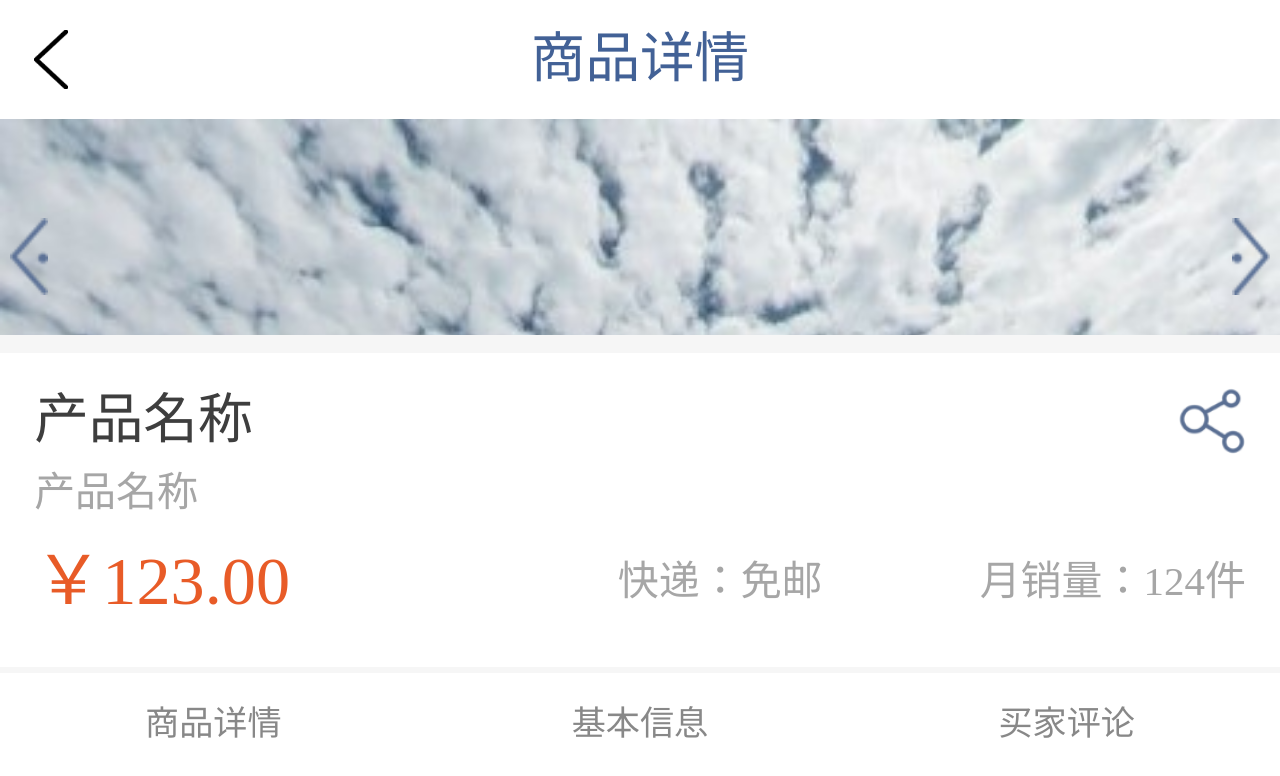
Repository: 421538074/sell
Page: consumer/goods-detail.html
An editor plug-in stored every save of this project. The page is shown before and after the next save, followed by the edit.
The browser window is 1280 px wide. The pictures show the whole page.

Above is the page before, as saved 2019-05-30 11:11:48.

### consumer/goods-detail.html
<!DOCTYPE html>
<html lang="en">

<head>
    <meta charset="UTF-8">
    <meta name="viewport" content="width=device-width, initial-scale=1.0">
    <meta http-equiv="X-UA-Compatible" content="ie=edge">
    <title>商品详情</title>
    <link rel="stylesheet" href="../css/base.css">
    <link rel="stylesheet" href="css/common.css">
    <link rel="stylesheet" href="../css/swiper.min.css">
    <link rel="stylesheet" href="css/goods-detail.css">
</head>

<body>
    <div id="app" class="content">
        <nav class="nav-bar-wrapper">
            <img src="../img/back.png" class="back-icon">
            <p class="nav-bar-title">商品详情</p>
        </nav>
        <div class="goods-pictures-wrapper">
            <div class="swiper-container ">
                <div class="swiper-wrapper">
                    <div class="swiper-slide" v-for="item in 5">
                        <img src="../img/1.jpg" class="slide-img" alt="">
                    </div>
                </div>
                <div class="swiper-button-next"></div>
                <div class="swiper-button-prev"></div>
            </div>
        </div>
        <div class="goods-detail-wrapper">
            <p class="main-title-wrapper">
                <span class="goods-title">产品名称</span>
                <img src="../img/share-icon.png" class="share-action-icon">
            </p>
            <p class="goods-title-desc">产品名称</p>
            <div class="goods-price-delivery">
                <p class="goods-price">￥123.00</p>
                <p class="delivery-fee">快递：免邮</p>
                <p class="sell-counts-month">月销量：124件</p>
            </div>
        </div>
        <div class="tab-bar-wrapper">
            <div @click="switchTab(0)" :class="{active:currentIndex == 0}" class="tab-bar-item">商品详情</div>
            <div @click="switchTab(1)" :class="{active:currentIndex == 1}" class="tab-bar-item">基本信息</div>
            <div @click="switchTab(2)" :class="{active:currentIndex == 2}" class="tab-bar-item">买家评论</div>
        </div>
    </div>
    <script src="../js/api.js"></script>
    <script src="../js/vue.js"></script>
    <script src="../js/swiper.min.js"></script>
    <script src="js/vue-mixin.js"></script>
    <script src="js/goods-detail.js"></script>
</body>

</html>

### css/base.css
/* http://meyerweb.com/eric/tools/css/reset/
   v2.0 | 20110126
   License: none (public domain)
*/

html,
body,
div,
span,
applet,
object,
iframe,
h1,
h2,
h3,
h4,
h5,
h6,
p,
blockquote,
pre,
a,
abbr,
acronym,
address,
big,
cite,
code,
del,
dfn,
em,
img,
ins,
kbd,
q,
s,
samp,
small,
strike,
strong,
sub,
sup,
tt,
var,
b,
u,
i,
center,
dl,
dt,
dd,
ol,
ul,
li,
fieldset,
form,
label,
legend,
table,
caption,
tbody,
tfoot,
thead,
tr,
th,
td,
article,
aside,
canvas,
details,
embed,
figure,
figcaption,
footer,
header,
hgroup,
menu,
nav,
output,
ruby,
section,
summary,
time,
mark,
audio,
video {
    margin: 0;
    padding: 0;
    border: 0;
    font-size: 100%;
    font: inherit;
    vertical-align: baseline;
}

/* HTML5 display-role reset for older browsers */
article,
aside,
details,
figcaption,
figure,
footer,
header,
hgroup,
menu,
nav,
section {
    display: block;
}

body {
    line-height: 1;
}

ol,
ul {
    list-style: none;
}

blockquote,
q {
    quotes: none;
}

blockquote:before,
blockquote:after,
q:before,
q:after {
    content: '';
    content: none;
}

table {
    border-collapse: collapse;
    border-spacing: 0;
}


body,
html {
    font-size: calc(100vw / 37.5);
    font-family: PingFangSC-Medium;
    background: #F2F2F2;
}


[v-cloak] {
    display: none;
}


hr {
    margin: 0;
    padding: 0;
}

.clearfix {
    zoom: 1;
}

.clearfix:after {
    content: ".";
    display: block;
    visibility: hidden;
    height: 0;
    clear: both;
}

[v-cloak] {
    display: none;
}

### consumer/css/common.css
*{
    box-sizing: border-box;
}
html,body{
    background: #f6f6f6;
}
html,body,div.content{
    height: 100%;
}
/*底部菜单栏*/
nav.tool-bar-wrapper {
    height: 3rem;
    background: #ffffff;
    display: flex;
    align-items: center;
    justify-content: space-around;
}
a.nav-item {
    color: #888888;
    text-decoration: none;
    font-size: 1.5rem;
    display: flex;
    flex-direction: column;
    align-items: center;
    justify-content: space-around;
    height: 90%;
}
a.nav-item.active{
    color: #0093FF;
}
img.nav-item-icon{
    width: 1.5rem;
    height: 1.5rem;
}
.ellipsis{
    overflow: hidden;
    white-space: nowrap;
    text-overflow: ellipsis;
}
/*顶部返回栏 */
nav.nav-bar-wrapper {
    background: #FFFFFF;
    height: 3.5rem;
    display: flex;
    align-items: center;
    justify-content: space-around;
    position: relative;
    font-size: 1.6rem;
    color: #426196;
}
img.back-icon {
    position: absolute;
    width: 1rem;
    left: 1rem;
}

### consumer/css/goods-detail.css
.goods-pictures-wrapper ,.swiper-container{
    max-height: 30vh;
    overflow: hidden;
}
img.slide-img{
    width: 100%;
    height: 100%;
}
.swiper-button-next, .swiper-button-prev,
.swiper-button-prev, .swiper-container-rtl .swiper-button-next{
    outline: 0;
}
.swiper-button-prev, .swiper-container-rtl .swiper-button-next{
    background-image: url(../../img/left-arrow.png);
    background-size: 100% auto;
}
.swiper-button-next, .swiper-container-rtl .swiper-button-prev {
    background-image: url(../../img/right-arrow.png);
    background-size: 100% auto;
}
.swiper-button-next, .swiper-button-prev {
    width: 3vw;
    height: 8vw;
}
.goods-detail-wrapper {
    margin-top: 0.5rem;
    background: #ffffff;
    padding: 1rem;
}
p.main-title-wrapper {
    color: #3E3E3E;
    font-size: 1.6rem;
    display: flex;
    align-items: center;
    justify-content: space-between;
}
img.share-action-icon {
    width: 2rem;
}
p.goods-title-desc {
    font-size: 1.2rem;
    color: #A6A6A6;
    padding: 0.5rem 0;
}
.goods-price-delivery {
    display: flex;
    align-items: center;
    justify-content: space-between;
    padding: 0.5rem 0;
}
p.goods-price {
    color: #E85B27;
    font-size: 2rem;
}
p.delivery-fee ,p.sell-counts-month{
    color: #A6A6A6;
    font-size: 1.2rem;
}
p.delivery-fee {
    margin-left: 5rem;
}
.tab-bar-wrapper {
    color: #888888;
    display: flex;
    align-items: center;
    justify-content: space-around;
    height: 3rem;
    background: #fff;
    margin-top: 0.2rem;
}

### js/api.js



// window.warn = {
//     alert: function alert(msg) {
//         var template = `
// `
//         $('body').append(template);
//         $('.alert-body').animate({
//             top: "40px"
//         }, 200);
//         // setTimeout(function () {
//         //     warn.close();
//         // }, 1500);
//     },
//     close: function close() {
//         $('.alert-body').animate({
//             top: "-280px"
//         }, 200);
//         setTimeout(function () {
//             $('#alert-msg').remove();
//         }, 200);
//     }
// };

### consumer/js/vue-mixin.js
Vue.mixin({
    methods: {
        /**
         * 返回
         */
        back() {
            history.go(-1);
        },
        /**
         * 限制长度
         * @param {String} 要限制长度的字段
         * @param {Number} 长度
         */
        limitLength(key, length) {
            this[key] = this[key].substring(0, length);
        },
        /**
         * 验证11位手机号
         * @param {Number} phone
         */
        validatePhone(phone) {
            const phoneReg = /^[1-9][0-9]{9}[0-9]$/;
            return phoneReg.test(phone);
        },
        /**
         * 发送手机验证码
         * @param {Number} waitTimeKey 等待时间键名
         * @param {String} tipsKey 发送验证码显示的信息的键名
         * @param {String} phoneKey 手机号键名
         * @param {String} reSendMsg  按钮默认显示的文字
         */
        sendCode(waitTimeKey, tipsKey, phoneKey, defaultMsg) {
            if (!this.validatePhone(this[phoneKey])) {
                alert('无效手机号!');
                return;
            }
            if (this[waitTimeKey] == 60) {
                $.post('', {
                        phone: this[phoneKey]
                    }, (res) => {
                        if (res.status == 1) {
                            const interval = setInterval(() => {
                                if (this[waitTimeKey] == 1) {
                                    this[waitTimeKey] = 60;
                                    this[tipsKey] = defaultMsg;
                                    clearInterval(interval);
                                    return;
                                }
                                this[waitTimeKey] -= 1;
                                this[tipsKey] = `${this[waitTimeKey]}s`;
                            }, 1000);
                        } else {
                            alert('发送失败!');
                        }
                    }, 'json')
                    .fail(err => {
                        alert('服务器异常!');
                    });
            }
        },
        /**
         * 链接跳转
         * @param {String} url
         */
        linkTo(url) {
            window.location.href = url;
        }
    },
    filters: {

    }
})

### consumer/js/goods-detail.js
new Vue({
    el: '#app',
    data() {
        return {
            currentIndex:0
        }
    },
    methods: {
        initSwiper() {
            new Swiper('.swiper-container', {
                slidesPerView: 1,
                spaceBetween: 30,
                loop: true,
                autoplay:true,
                navigation: {
                    nextEl: '.swiper-button-next',
                    prevEl: '.swiper-button-prev',
                },
            });
        },
        switchTab(index) {
            if(this.currentIndex != index) {
                this.currentIndex = index;
            }
        }
    },
    mounted() {
        this.$nextTick(() => {
            this.initSwiper();
        });
    },
});

Loaded but not shown: css/swiper.min.css (library); js/vue.js (library); js/swiper.min.js (library)

After the next save:
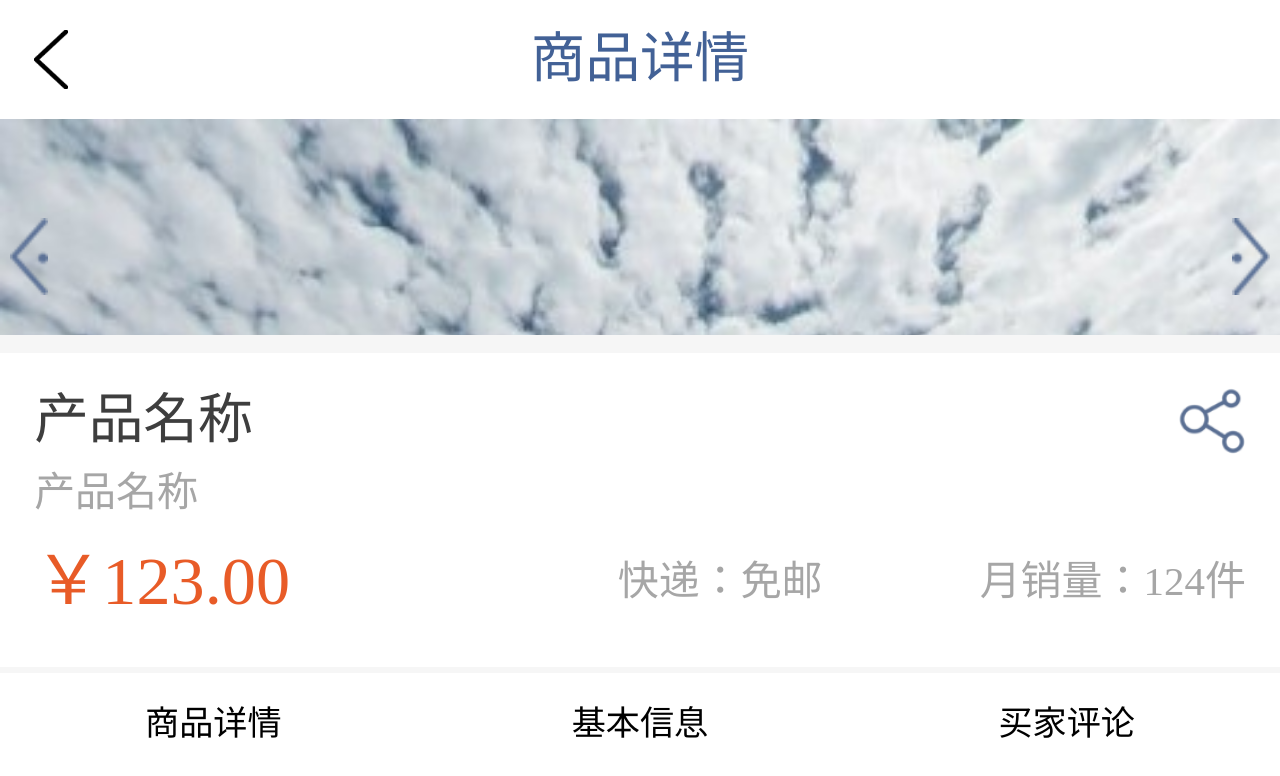
Saved 15 s later.
--- a/consumer/css/goods-detail.css
+++ b/consumer/css/goods-detail.css
@@ -60,7 +60,6 @@
     margin-left: 5rem;
 }
 .tab-bar-wrapper {
-    color: #888888;
     display: flex;
     align-items: center;
     justify-content: space-around;

After the save that followed:
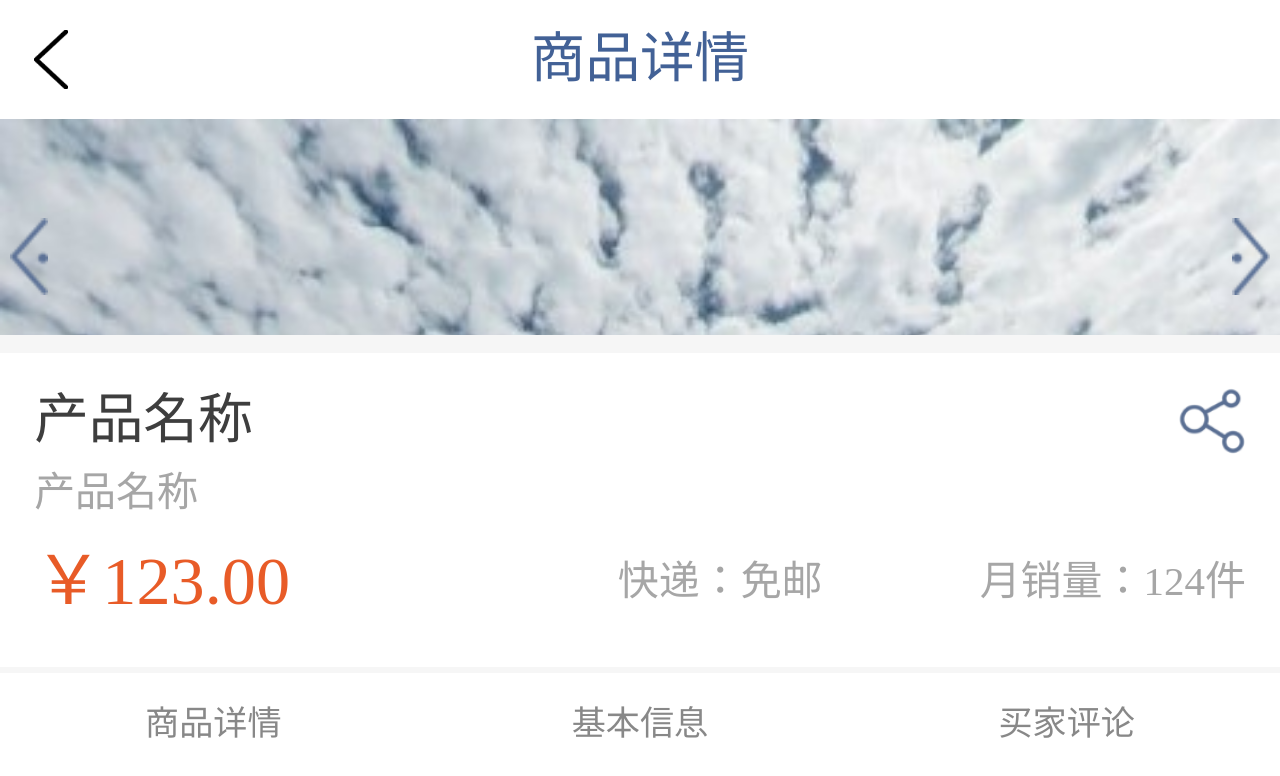
Saved 34 s later.
--- a/consumer/css/goods-detail.css
+++ b/consumer/css/goods-detail.css
@@ -67,3 +67,8 @@
     background: #fff;
     margin-top: 0.2rem;
 }
+.tab-bar-item {
+    height: 100%;
+    line-height: 3rem;
+    color: #888888;
+}
